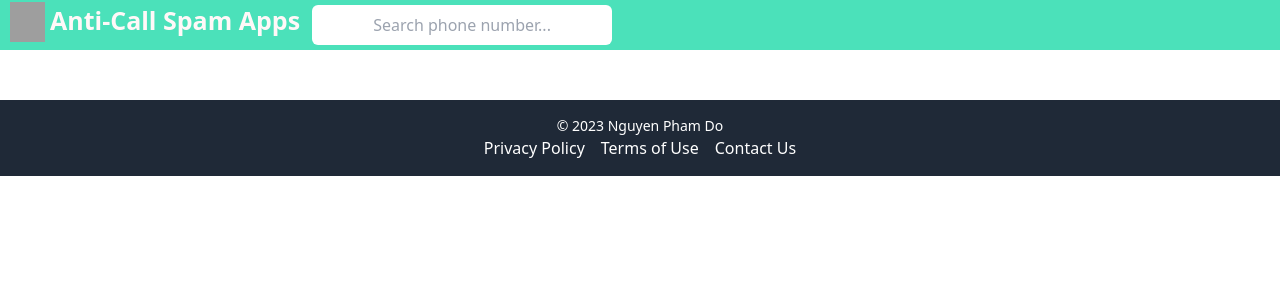
Repository: NPham1402/Web-user-callSpamBlocker
Page: /detail
An editor plug-in stored every save of this project. The page is shown before and after the next save, followed by the edit.
The browser window is 1280 px wide. The pictures show the whole page.
Pictures or frames that could not be fetched are drawn as grey boxes. The project was rebuilt for these pictures with package versions that can differ from the ones it lists, and the page was loaded fresh each time. The framework's server and built-in components were replaced by stand-ins that run in the browser. Also part of the build but not shown: next.config.js.

Above is the page before, as saved 2023-02-09 20:50:46.

### pages/detail.js
import Head from "next/head";
import { useRouter } from "next/router";
import React from "react";

function detail() {
  const router = useRouter();
  const {
    query: { id },
  } = router;
  return (
    <>
      {" "}
      <Head>
        <title>Check number spam</title>
        <meta name="description" content="Generated by create next app" />
        <meta name="viewport" content="width=device-width, initial-scale=1" />
        <link rel="icon" href="/favicon.ico" />
      </Head>
      <main className="relative">
        <div className="w-100 pl-[10px] pt-[2px] flex flex-row h-[50px] bg-[#4BE1BA]">
          <img
            src="https://static.callblocker.org/img/logo.png"
            className=" w-[35px] h-[40px]"
          />
          <p className="pl-[5px] pt-[6px] leading-none font-Raleway font-semibold text-[25px] text-[#FFF8F8] ">
            Anti-Call Spam Apps
          </p>
          <input
            className="w-[300px] h-[40px] text-center ml-[12px] mt-[3px] rounded-[6px] p-[15px]"
            placeholder="Search phone number..."
          />
        </div>
      </main>
      <footer class="bg-gray-800 mt-[50px] text-white py-4">
        <div class="container mx-auto">
          <p class="text-center text-sm">&copy; 2023 Nguyen Pham Do</p>
          <div class="flex justify-center">
            <a href="#" class="text-white mx-2">
              Privacy Policy
            </a>
            <a href="#" class="text-white mx-2">
              Terms of Use
            </a>
            <a href="#" class="text-white mx-2">
              Contact Us
            </a>
          </div>
        </div>
      </footer>
    </>
  );
}

export default detail;

### styles/globals.css
@tailwind base;
@tailwind components;
@tailwind utilities;
@import url('https://fonts.googleapis.com/css2?family=Raleway:ital&display=swap');

Loaded but not shown: pages/_app.js (common file); pages/_document.js (common file); tailwind.config.js (common file)

After the next save:
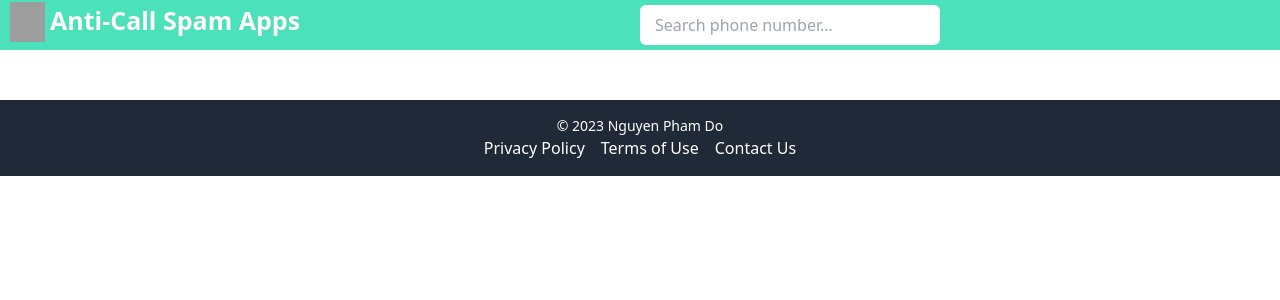
Saved 48 s later.
--- a/pages/detail.js
+++ b/pages/detail.js
@@ -26,7 +26,7 @@
             Anti-Call Spam Apps
           </p>
           <input
-            className="w-[300px] h-[40px] text-center ml-[12px] mt-[3px] rounded-[6px] p-[15px]"
+            className="w-[300px] h-[40px] mx-auto mt-[3px] rounded-[6px] p-[15px]"
             placeholder="Search phone number..."
           />
         </div>

After the save that followed:
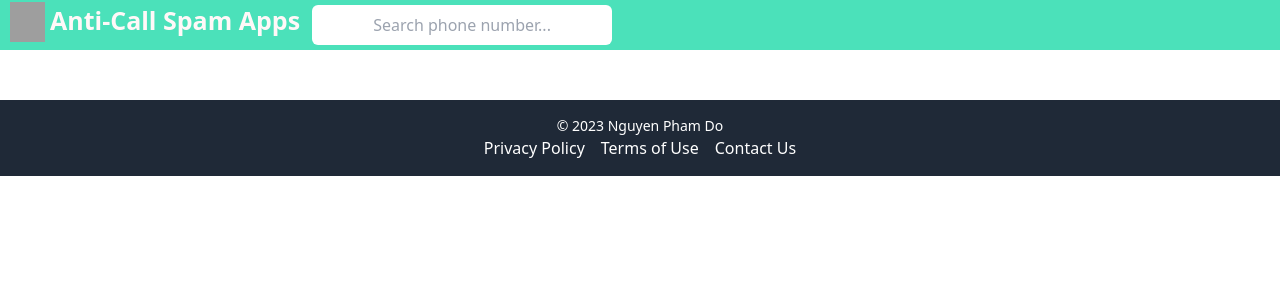
Saved 37 s later.
--- a/pages/detail.js
+++ b/pages/detail.js
@@ -26,7 +26,7 @@
             Anti-Call Spam Apps
           </p>
           <input
-            className="w-[300px] h-[40px] mx-auto mt-[3px] rounded-[6px] p-[15px]"
+            className="w-[300px] h-[40px] text-center ml-[12px] mt-[3px] rounded-[6px] p-[15px]"
             placeholder="Search phone number..."
           />
         </div>
